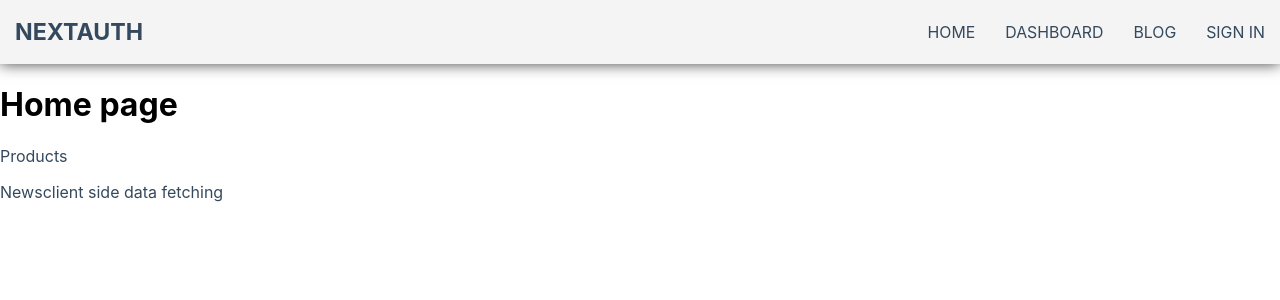
Repository: adeel146/nextjs
Page: /
An editor plug-in stored every save of this project. The page is shown before and after the next save, followed by the edit.
The browser window is 1280 px wide. The pictures show the whole page.
The page's requests for data from a server got no answer. The project was rebuilt for these pictures with package versions that can differ from the ones it lists, and the page was loaded fresh each time. The framework's server and built-in components were replaced by stand-ins that run in the browser. No one was signed in, and anything a server would have sent is missing. Also part of the build but not shown: next.config.js.

Above is the page before, as saved 2022-02-10 18:18:34.

After the next save:
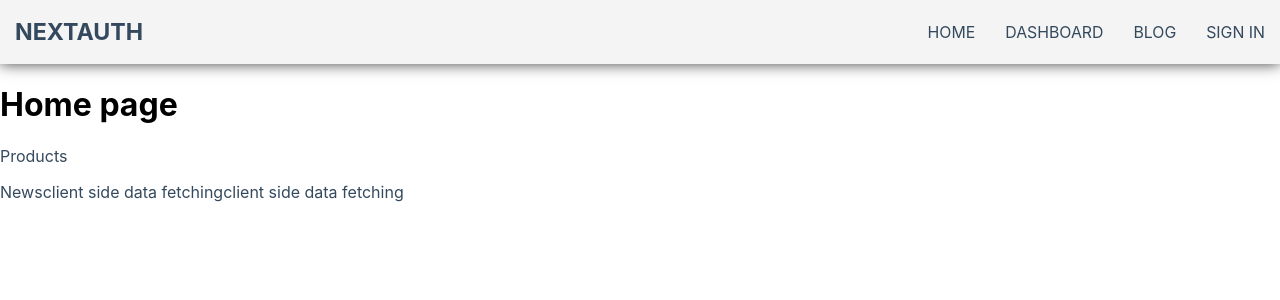
Saved 6 s later.
--- a/pages/index.js
+++ b/pages/index.js
@@ -14,6 +14,9 @@ function Home() {
       <Link href="/dashboard-swr">
         <a>client side data fetching</a>
       </Link>
+      <Link href="/dashboard-swr">
+        <a>client side data fetching</a>
+      </Link>
       </p>
     </>
   );
